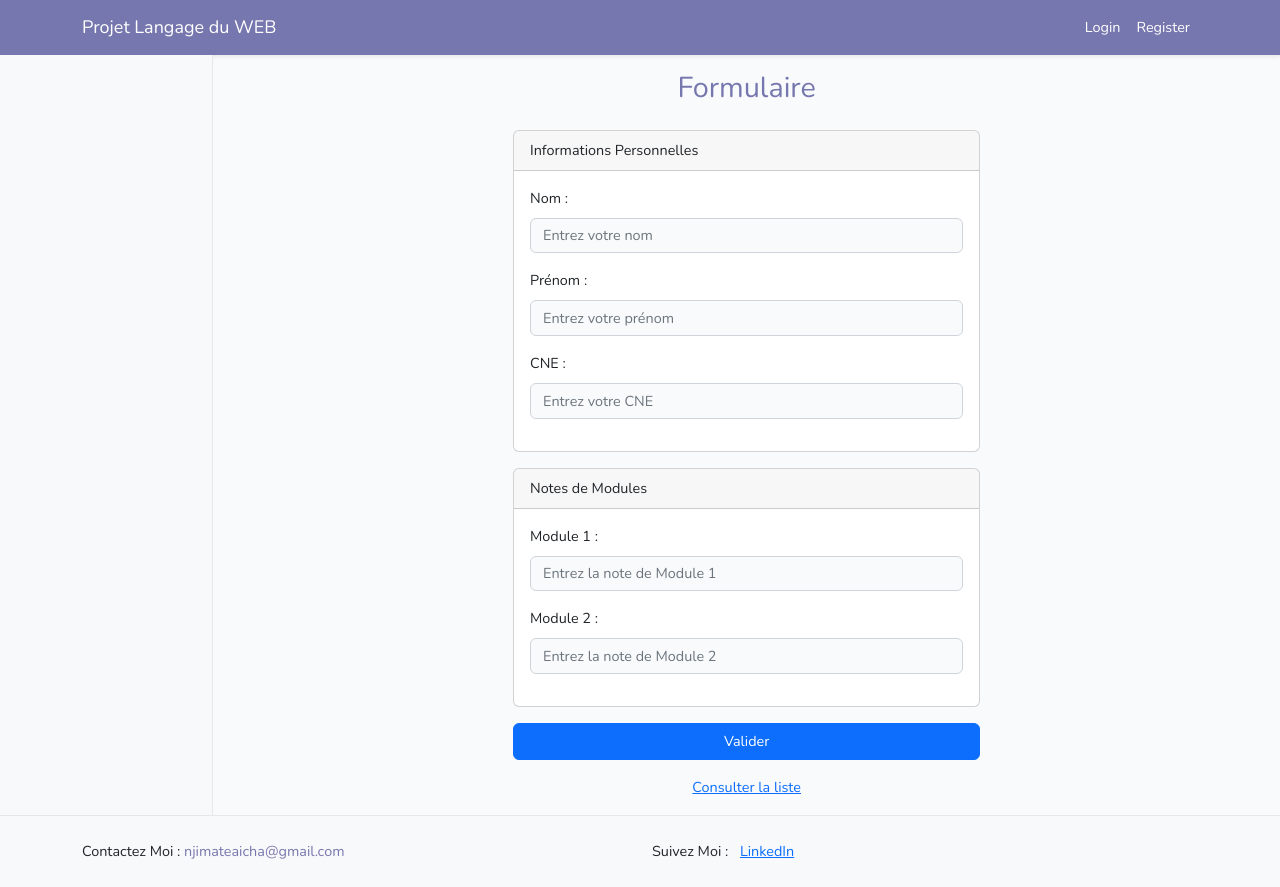
Repository: NjimateAicha/LaravelWeb
Page: http://localhost/etudiant/create
The author's editor kept a copy of each file at every save. The page is drawn from the files as they stood at one save, then again after the next save.
The browser window is 1280 px wide. The pictures show the whole page.
Some web libraries are served in a nearby version. The page is served by the project's Laravel application, run on PHP 8.4 with Laravel 9. Style sheets and scripts are compiled from the project's sources, by tool versions that may differ from the author's.

Above is the page before, as saved 2024-05-19 17:57:48.

After the next save:
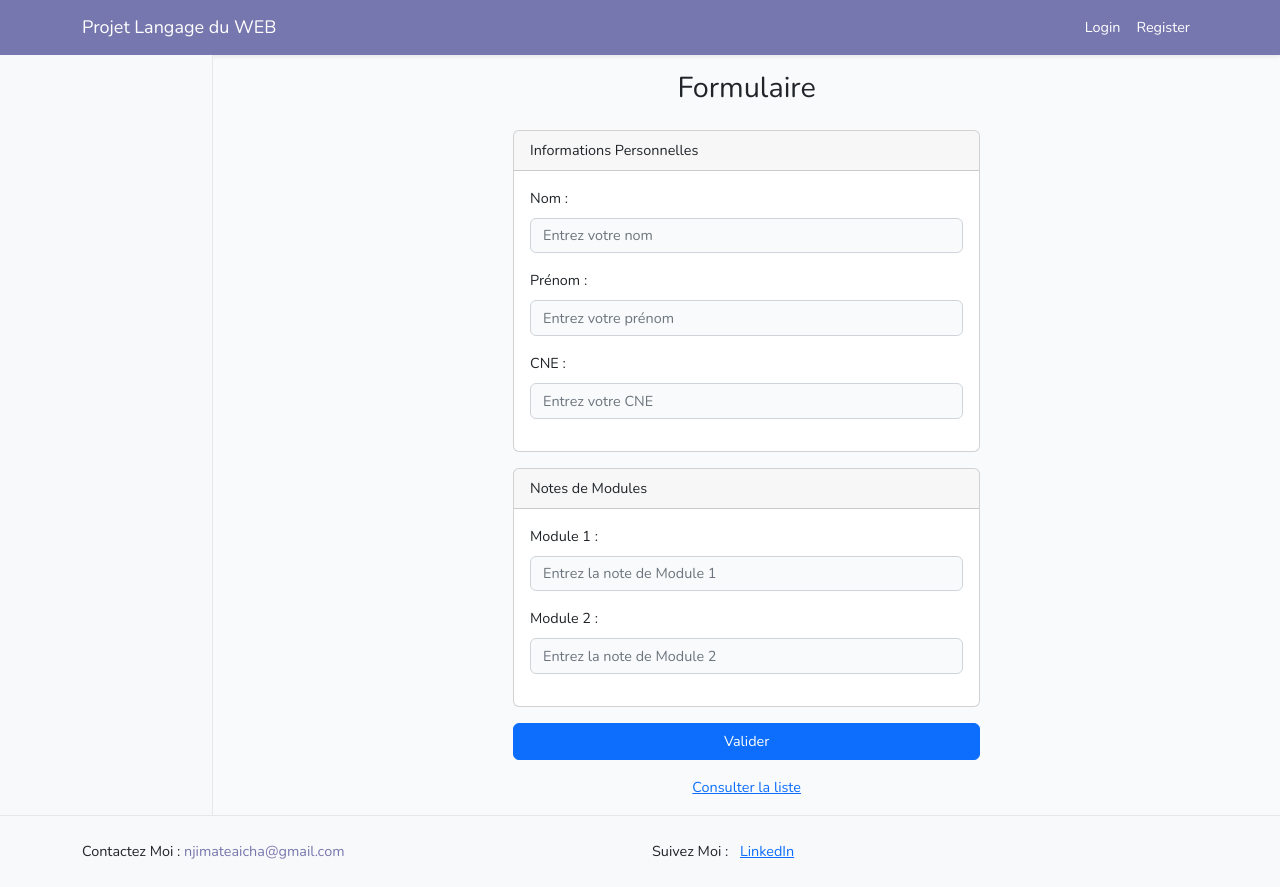
Saved 8 s later.
--- a/resources/views/etudiant/create.blade.php
+++ b/resources/views/etudiant/create.blade.php
@@ -63,24 +63,3 @@
 
 
 @endsection
-
-<style>
-    h1{
-        color: #7777af;
-    }
-    h2{
-        color: #7777af;
-    }
-    .custom-btn {
-        color: #fff;
-        background-color: #7777af;
-        border: none;
-    }
-
-    .custom-btn:hover {
-        background-color: #555577;
-    }
-    .card-title{
-        color: #7777af;
-    }
-</style>

After the save that followed:
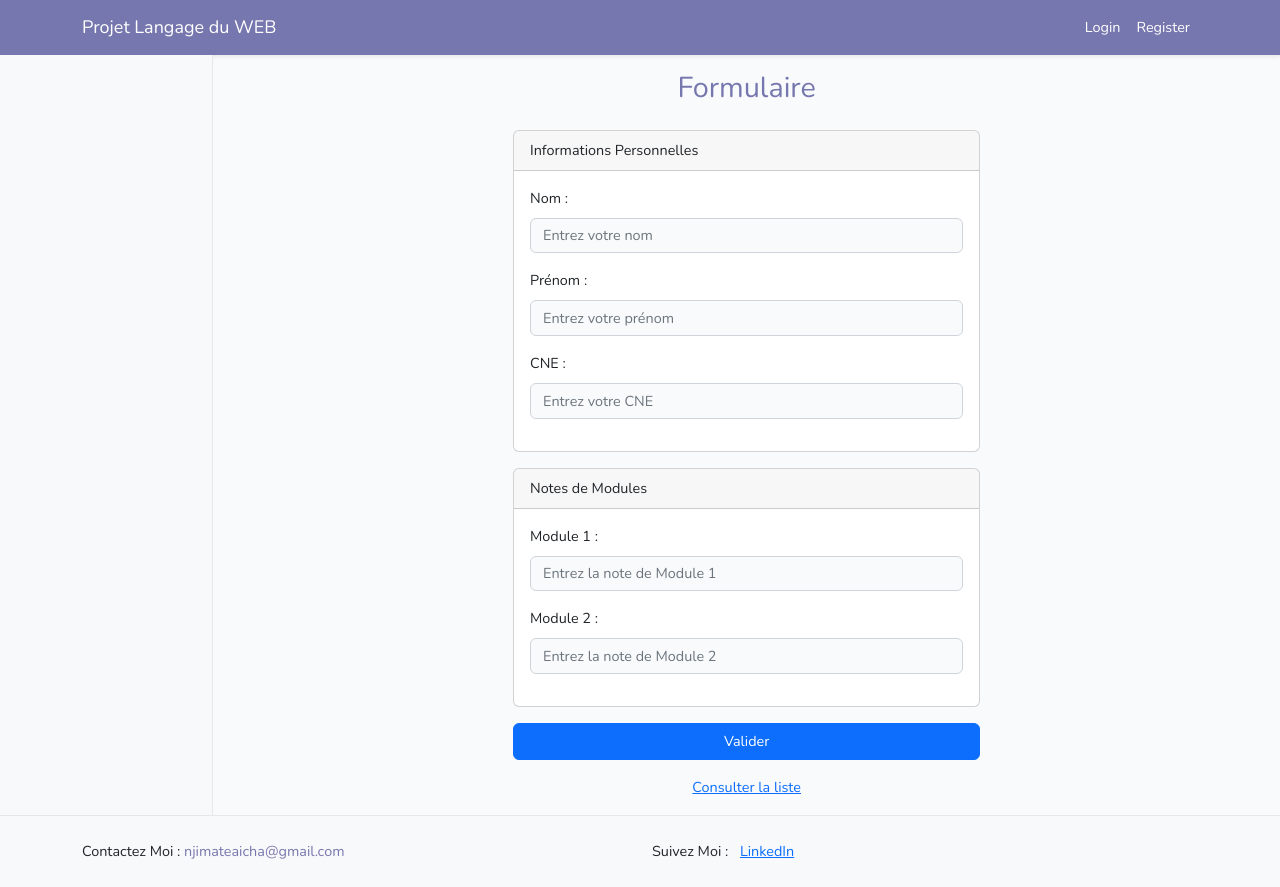
Saved 4 s later.
--- a/resources/views/etudiant/create.blade.php
+++ b/resources/views/etudiant/create.blade.php
@@ -1,5 +1,27 @@
 @extends('layouts.app')
 @section('content')
+
+<style>
+    h1{
+        color: #7777af;
+    }
+    h2{
+        color: #7777af;
+    }
+    .custom-btn {
+        color: #fff;
+        background-color: #7777af;
+        border: none;
+    }
+
+    .custom-btn:hover {
+        background-color: #555577;
+    }
+    .card-title{
+        color: #7777af;
+    }
+</style>
+
     <div class="container mt-3">
         @if ($errors->any())
             <div class="alert alert-danger">
